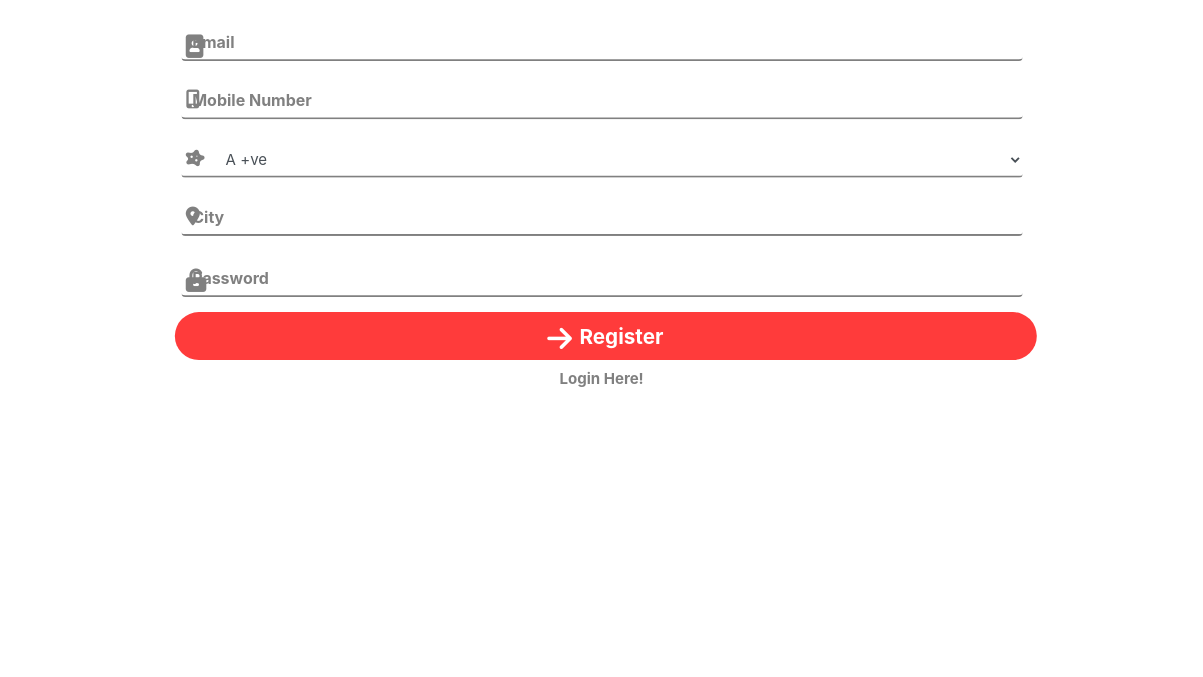
Repository: syedali042/jbds
Page: /Register
These files come from the project's save history. The page is drawn as it stood at one moment and after the next save; the edit follows.
The browser window is 1280 px wide. The pictures show the whole page, at 94% of full size.
Some web libraries are served in a nearby version. The project was rebuilt for these pictures with package versions that can differ from the ones it lists, and the page was loaded fresh each time. Also part of the build but not shown: src/components/Login.js, src/components/Header.js, src/components/About.js, src/components/Header2.js, src/components/Home.js, src/components/Header4.js, src/components/Request.js, src/components/Header3.js and 1 more.

Above is the page before, as saved 2021-11-09 20:57:23.

### public/index.html
<!DOCTYPE html>
<html lang="en">
  <head>
    <meta charset="utf-8" />
    <link rel="icon" href="%PUBLIC_URL%/favicon.ico" />
    <meta name="viewport" content="width=device-width, initial-scale=1" />
    <meta name="theme-color" content="#000000" />
    <meta
      name="description"
      content="Web site created using create-react-app"
    />
    <!--FontAwesome-->
    <script src="https://kit.fontawesome.com/f4576591a8.js" crossorigin="anonymous"></script>
    <!--FontAwesome ends-->
    <!--bootstrap-->
    <link rel="stylesheet" href="https://maxcdn.bootstrapcdn.com/bootstrap/4.0.0/css/bootstrap.min.css"
      integrity="sha384-Gn5384xqQ1aoWXA+058RXPxPg6fy4IWvTNh0E263XmFcJlSAwiGgFAW/dAiS6JXm" crossorigin="anonymous">
    <!--bootstrap ends-->
    <link rel="apple-touch-icon" href="%PUBLIC_URL%/logo192.png" />
    <!--
      manifest.json provides metadata used when your web app is installed on a
      user's mobile device or desktop. See https://developers.google.com/web/fundamentals/web-app-manifest/
    -->
    <link rel="manifest" href="%PUBLIC_URL%/manifest.json" />
    <!--
      Notice the use of %PUBLIC_URL% in the tags above.
      It will be replaced with the URL of the `public` folder during the build.
      Only files inside the `public` folder can be referenced from the HTML.

      Unlike "/favicon.ico" or "favicon.ico", "%PUBLIC_URL%/favicon.ico" will
      work correctly both with client-side routing and a non-root public URL.
      Learn how to configure a non-root public URL by running `npm run build`.
    -->
    <title>React App</title>
  </head>
  <body>
    <noscript>You need to enable JavaScript to run this app.</noscript>
    <div id="root"></div>
    <!--Jquery-->
    <script src="https://code.jquery.com/jquery-3.2.1.slim.min.js"
      integrity="sha384-KJ3o2DKtIkvYIK3UENzmM7KCkRr/rE9/Qpg6aAZGJwFDMVNA/GpGFF93hXpG5KkN" crossorigin="anonymous"></script>
    <script src="https://cdnjs.cloudflare.com/ajax/libs/popper.js/1.12.9/umd/popper.min.js"
      integrity="sha384-ApNbgh9B+Y1QKtv3Rn7W3mgPxhU9K/ScQsAP7hUibX39j7fakFPskvXusvfa0b4Q" crossorigin="anonymous"></script>
    <script src="https://maxcdn.bootstrapcdn.com/bootstrap/4.0.0/js/bootstrap.min.js"
      integrity="sha384-JZR6Spejh4U02d8jOt6vLEHfe/JQGiRRSQQxSfFWpi1MquVdAyjUar5+76PVCmYl" crossorigin="anonymous"></script>
    <!--Jquery ends-->
  </body>
</html>

### src/App.js
import './App.css';
import Login from './components/Login';
import About from './components/About';
import Register from './components/Register';
import Home from './components/Home';
import Request from './components/Request';
import Create from './components/Create';
import {
  BrowserRouter as Router,
  Switch,
  Route,
  Link
} from "react-router-dom";


function App() {
  return (
    <Router>
      <Switch>
        <Route path="/About">
          <About/>
        </Route>
        <Route path="/Login">
          <Login />
        </Route>
        <Route path="/Register">
          <Register />
        </Route>
        <Route path="/Create">
          <Create />
        </Route>
        <Route path="/Request">
          <Request />
        </Route>
        <Route path="/Home">
          <Home />
        </Route>
        <Route path="/">
          <Login />
        </Route>
      </Switch>
    </Router>
  );
}

export default App;

### src/App.css
*{
  margin: 0;
  padding: 0;
}
.con{
  font-size: 25px;
  font-weight: bold;
  position: relative;
  bottom: 35px;
  padding: 5px;
}
.em{
  border: none;
  border-bottom: 2px solid gray;
}
.pass{
  border: none;
  border-bottom: 2px solid gray;
}
.placehorder::placeholder {
  font-weight: bolder;
  color: gray;
  position: relative;
  /* left: 25px; */
  font-size: 17px;
}
.forgot{
  color: gray;
  font-weight: bolder;
}
.login{
  color: gray;
  font-weight: bolder;
}
.fa-portrait{
  font-size: 20px;
  position: relative;
  top: 30px;
  left: 5px;
  color: gray;
}
.fa-unlock-alt{
   font-size: 20px;
  position: relative;
  top: 30px;
  left: 5px;
  color: gray;
}
.sign{
  width: 230px;
  position: relative;
  font-size: 22px;
  border-radius: 30px;
  background-color: #FF3B3B;
  color: white;
  font-weight: bolder;
  border: none;
}
.fa-power-off{
  font-size: 20px;
  position: relative;

  color: white ;
}
.donor{
  width: 230px;
  position: relative;
  font-size: 22px;
  border-radius: 30px;
  background-color: #FF3B3B;
  color: white;
  font-weight: bolder;
  border: none;
  letter-spacing: o.1;
}
.fa-heartbeat{
   font-size: 20px;
  position: relative;

  color: white ;
}
@media screen and (max-width: 440px){

  .con{
  font-size: 20px;
  font-weight: bold;
  position: relative;
  bottom: 35px;
  padding: 5px;
}
.blood{
  font-size: 27px;
}
.formik{
  position: relative;
  bottom: 50px;
}
.pass{
  border: none;
  border-bottom: 2px solid gray;

}

.donor{
  width: 210px;
  position: relative;
  font-size: 22px;
  border-radius: 30px;
  background-color: #FF3B3B;
  color: white;
  font-weight: bolder;
  border: none;
  letter-spacing: o.1;
}
.sign{
  width: 210px;
  position: relative;
  font-size: 22px;
  border-radius: 30px;
  background-color: #FF3B3B;
  color: white;
  font-weight: bolder;
  border: none;
}

}
@media screen and (min-width: 768px){


  .img{
  position: relative;
  width: 400px;
  left: 40px;
}
  .con{
  font-size: 50px;
  font-weight: bold;
  position: relative;
  bottom: 35px;
  padding: 5px;
  left: 50px;
}
.blood{
  font-size: 70px;
  position: relative;
  left: 40px;
}

.name{
  border: none;
  border-bottom: 2px solid gray;
   margin-top: 10px;
  height: 70px;
}


.adress{
    border: none;
  border-bottom: 2px solid gray;
   margin-top: 10px;
  height: 70px;
}
input::placeholder {
  font-weight: bolder;
  color: gray;
  position: relative;
  /* left: 45px; */
  font-size: 30px;
}
.fa-portrait{
  font-size: 25px;
  position: relative;
  top: 37px;
  left: 5px;
  color: gray;
}
.fa-unlock-alt{
   font-size: 25px;
  position: relative;
  top: 35px;
  left: 5px;
  color: gray;
}
.fa-mobile-alt{
    font-size: 30px;
  position: relative;
  top: 55px;
  left: 5px;
  color: gray;
}
.fa-map-marker-alt{
   font-size: 30px;
  position: relative;
  top: 55px;
  left: 5px;
  color: gray;
}
.fa-disease{
 font-size: 30px;
  position: relative;
  top: 55px;
  left: 5px;
  color: gray;
}

.sign{
  width: 300px;
  position: relative;
  font-size: 22px;
  border-radius: 30px;
  background-color: #FF3B3B;
  color: white;
  font-weight: bolder;
  border: none;
}

.donor{
  width: 300px;
  position: relative;

  font-size: 22px;
  border-radius: 30px;
  background-color: #FF3B3B;
  color: white;
  font-weight: bolder;
  border: none;
  letter-spacing: o.1;
}

}
.header{
  background-color: #FF3B3B;
  padding: 3px;
}
.fa-chevron-left{
  color: white;
}
.profile{
  color: white;

}
.kelly{
  font-size: 23px;
  font-weight: bolder;
}
.girl{
  width: 70px;
  border-radius: 50px;
  margin-left: 50px;
  position: relative;
  bottom: 10px;
}
.r1{
  margin-top: 40px;
}

.name{
  border: none;
  border-bottom: 2px solid gray;
}
.num{
   border: none;
  border-bottom: 2px solid gray;
}
.adress{
    border: none;
  border-bottom: 2px solid gray;
}
.r2{
  background-color: rgb(247, 238, 238);
  border-radius: 15px;
  border: 1px solid transparent;
}
.update{

  position: relative;
  font-size: 22px;
  border-radius: 30px;
  background-color: #FF3B3B;
  color: white;
  font-weight: bolder;
  border: none;
}
.fa-mobile-alt{
   font-size: 20px;
  position: relative;
  top: 30px;
  left: 5px;
  color: gray;
}
.bloodGroup{
   border: none;
  border-bottom: 2px solid gray;
}
.fa-disease{
  font-size: 20px;
  position: relative;
  top: 30px;
  left: 5px;
  color: gray;
}
.city{
  border: none;
  border-bottom: 2px solid gray;
}
.fa-map-marker-alt{
  font-size: 20px;
  position: relative;
  top: 30px;
  left: 5px;
  color: gray;
}
.fa-arrow-right{
   font-size: 30px;
  position: relative;
 top: 5px;
  color:white;
}
.bodyOfHeader2{
   background-color: #FF3B3B;
   color: white;
}
.fa-search{
  position: relative;
  left: 90%;
  bottom: 30px;
  color: gray;
  font-size: 25px;
}
.groups{
 display: flex;
 margin-left: 5px;
}
.groups >div {
  background-color: #FF3B3B;
  width: 30px;
  margin: 7px;
  text-align: center;
  font-size: 20px;
  color: white;
  border-radius: 5px;
}
.HomeRow{
  border-bottom: 1px solid gray;
}
.sidebar{
  width: 60%;
  height: 100vh;
  position: absolute;
  background-color: #FF3B3B ;
  z-index: 1;
}
.create{
  color: white;
  margin-right: 30px;
}
.conReq{
  margin-top: 20px;
  background-color: rgb(216, 220, 230);
  border-radius: 5px;
}

### src/components/Register.js
import React from 'react';
import Header from './Header';
import { Formik } from 'formik';

function Register() {
    return (
        <div>
            <div className="container">
                <div className="row">

                </div>
                <div className="container">
                    <div className="row">
                        <div className="col-1"></div>
                        <div className="col-10">

                            <div>

                                <Formik
                                    initialValues={{ email: '', password: '' }}
                                    validate={values => {
                                        const errors = {};
                                        if (!values.email) {
                                            errors.email = 'Required';
                                        } else if (
                                            !/^[A-Z0-9._%+-]+@[A-Z0-9.-]+\.[A-Z]{2,}$/i.test(values.email)
                                        ) {
                                            errors.email = 'Invalid email address';
                                        }
                                        return errors;
                                    }}
                                    onSubmit={(values, { setSubmitting }) => {
                                        setTimeout(() => {
                                            alert(JSON.stringify(values, null, 2));
                                            setSubmitting(false);
                                        }, 400);
                                    }}
                                >
                                    {({
                                        values,
                                        errors,
                                        touched,
                                        handleChange,
                                        handleBlur,
                                        handleSubmit,
                                        isSubmitting,
                                        /* and other goodies */
                                    }) => (
                                        <form onSubmit={handleSubmit} className="formik">
                                            <i className="fas fa-portrait"></i>
                                            <input
                                                type="email" className="placehorder form-control em"
                                                name="email"
                                                onChange={handleChange}
                                                onBlur={handleBlur}
                                                value={values.email}
                                                placeholder="Email"

                                            />

                                            {errors.email && touched.email && errors.email}
                                            <i className="fas fa-mobile-alt"></i>
                                            <input
                                                type="number" className="placehorder form-control num"
                                                name="number"
                                                onChange={handleChange}
                                                onBlur={handleBlur}
                                                value={values.number}
                                                placeholder="Mobile Number"
                                            />

                                            {errors.number && touched.number && errors.number}
                                            <i className="fas fa-disease"></i>
                                            <select name="bloodGroup" className="placehorder form-control bloodGroup">
                                                <option value="volvo">&nbsp;&nbsp;&nbsp;&nbsp;&nbsp;&nbsp;
                                                A +ve</option>
                                                <option value="saab"></option>
                                                <option value="mercedes">Mercedes</option>
                                                <option value="audi">Audi</option>
                                            </select>

                                            {errors.bloodGroup && touched.bloodGroup && errors.bloodGroup}
                                            <i className="fas fa-map-marker-alt"></i>
                                            <input
                                                type="text" className="placehorder form-control city"
                                                name="city"
                                                onChange={handleChange}
                                                onBlur={handleBlur}
                                                value={values.city}
                                                placeholder="City"
                                            />

                                            {errors.city && touched.city && errors.city}
                                            <i className="fas fa-unlock-alt"></i>
                                            <input
                                                type="password" className="placehorder form-control pass"
                                                name="password"
                                                onChange={handleChange}
                                                onBlur={handleBlur}
                                                value={values.password}
                                                placeholder="Password"
                                            />

                                            {errors.password && touched.password && errors.password}
                                            <div className="row d-flex align-items-center justify-content-center">
                                                <button type="submit" disabled={isSubmitting} className="sign p-2 mt-3 ml-2 w-100">
                                                    <i class="fas fa-arrow-right mr-2"></i>Register
                                                </button>
                                                <a href="#" className="login p-2">Login Here!</a>

                                            </div>

                                        </form>
                                    )}
                                </Formik>
                            </div>
                        </div>
                        <div className="col-1"></div>
                    </div>
                </div>
            </div>
        </div>
    )
}

export default Register

Loaded but not shown: src/index.js (common file); src/index.css (common file); src/reportWebVitals.js (common file)

After the next save:
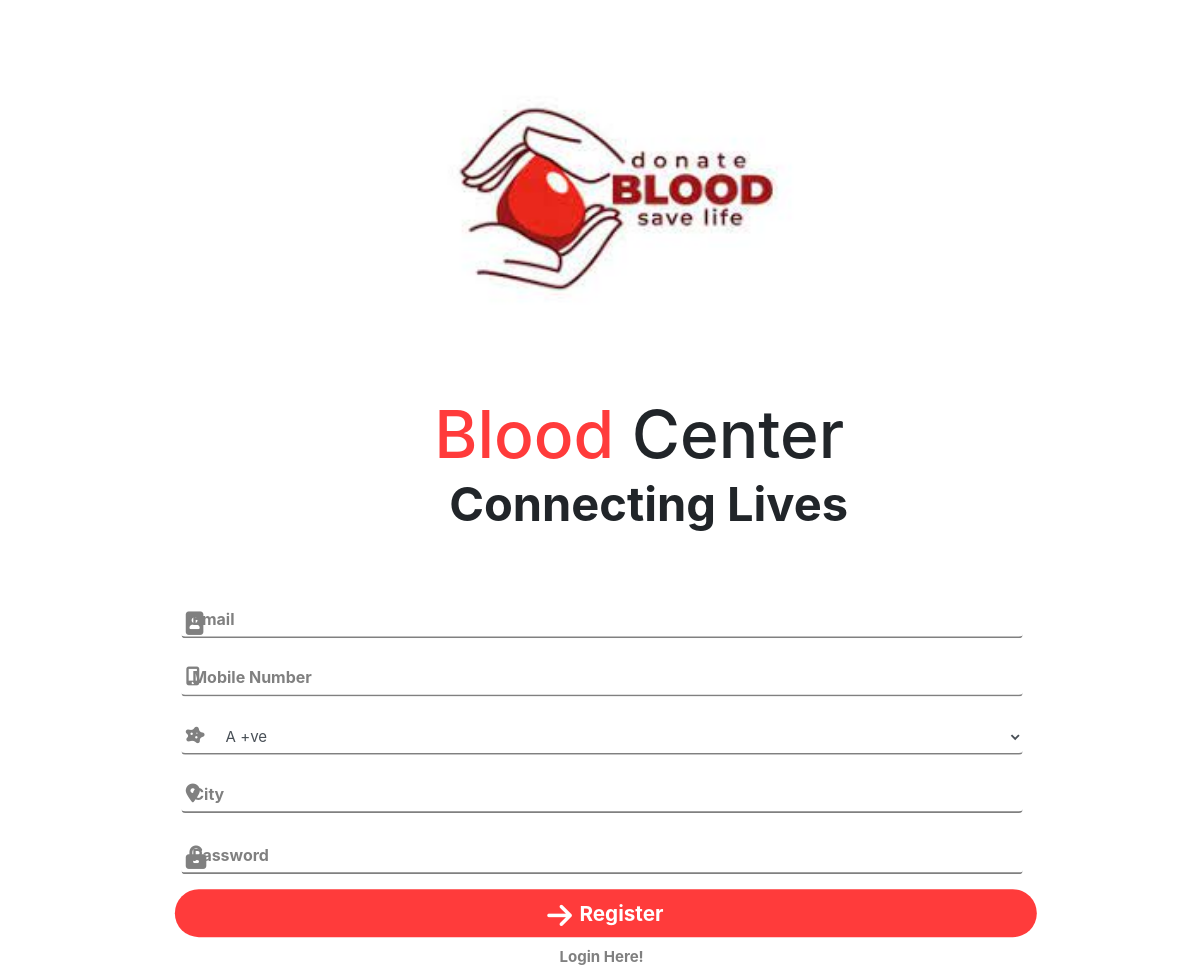
Saved 9 s later.
--- a/src/components/Register.js
+++ b/src/components/Register.js
@@ -6,8 +6,13 @@ function Register() {
     return (
         <div>
             <div className="container">
-                <div className="row">
-
+                <div className="d-flex align-items-center justify-content-center">
+                    <div>
+                        <img src="./images/download.jfif" alt="there is no image" className="img"/>
+                        <h2 className="blood text-center"><span style={{color:'#FF3B3B'}}>Blood</span> Center</h2><br>
+                        </br>
+                        <h5 className="con text-center">Connecting Lives</h5>
+                    </div>
                 </div>
                 <div className="container">
                     <div className="row">
